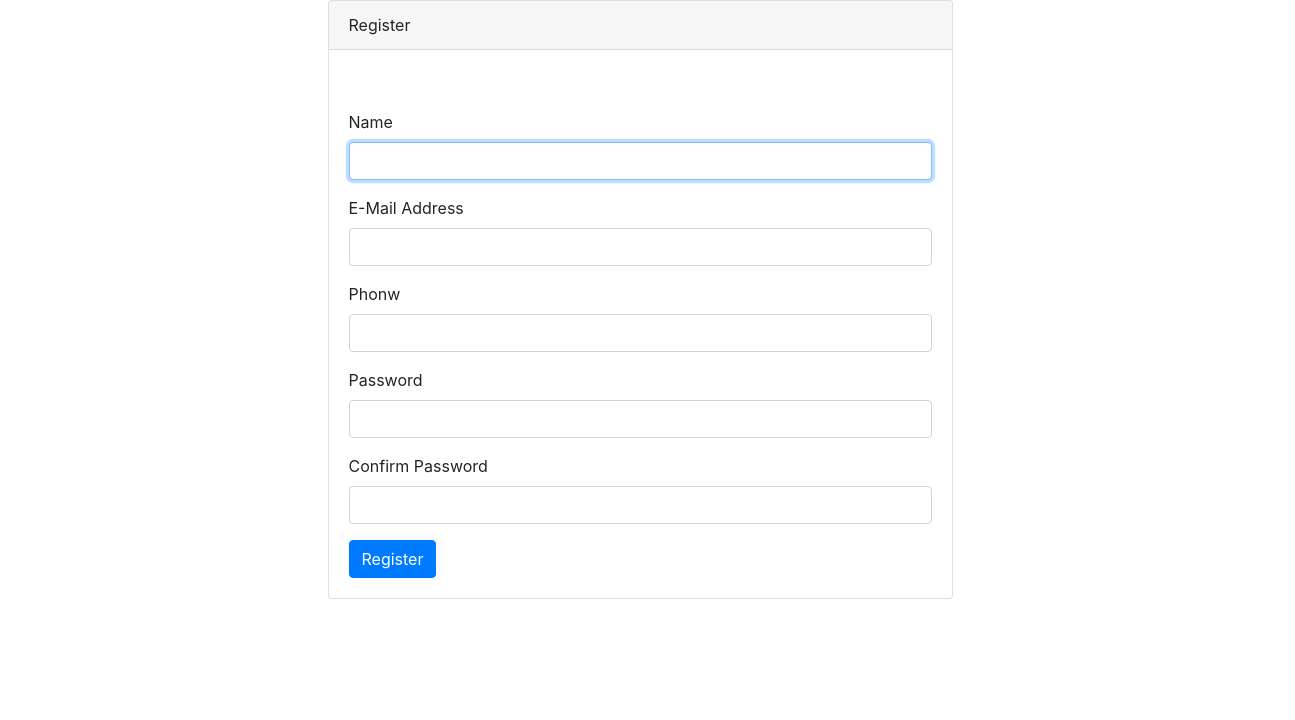
Repository: Tauqeer124/usermanagemet
Page: http://localhost/register
An editor plug-in stored every save of this project. The page is shown before and after a run of saves, followed by the edit.
The browser window is 1280 px wide. The page is 1295 px wide, so the pictures cover 1295 px, including what lies to the right of the window. The pictures show the whole page.
The page is served by the project's Laravel application, run on PHP 8.4 with Laravel 8.

Above is the page before, as saved 2023-07-24 12:13:38.

After the next 2 saves:
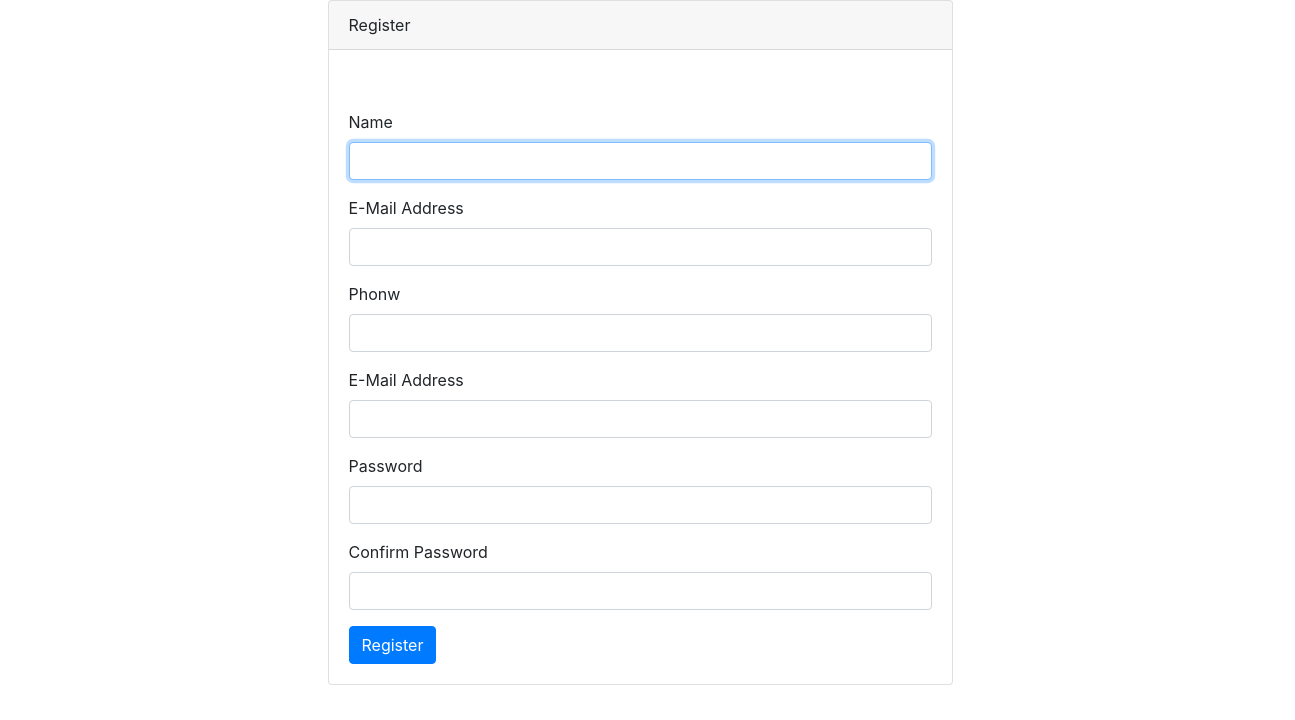
The 2 saves are shown as one change because they came seconds apart.
The last was saved 9 s later.
--- a/resources/views/auth/register.blade.php
+++ b/resources/views/auth/register.blade.php
@@ -49,6 +49,15 @@
                                 </span>
                             @enderror
                         </div>
+                        <div class="form-group">
+                            <label for="email">{{ __('E-Mail Address') }}</label>
+                            <input id="email" type="email" class="form-control @error('email') is-invalid @enderror" name="email"  required autocomplete="email">
+                            @error('email')
+                                <span class="invalid-feedback" role="alert">
+                                    <strong>{{ $message }}</strong>
+                                </span>
+                            @enderror
+                        </div>
 
                         <div class="form-group">
                             <label for="password">{{ __('Password') }}</label>
